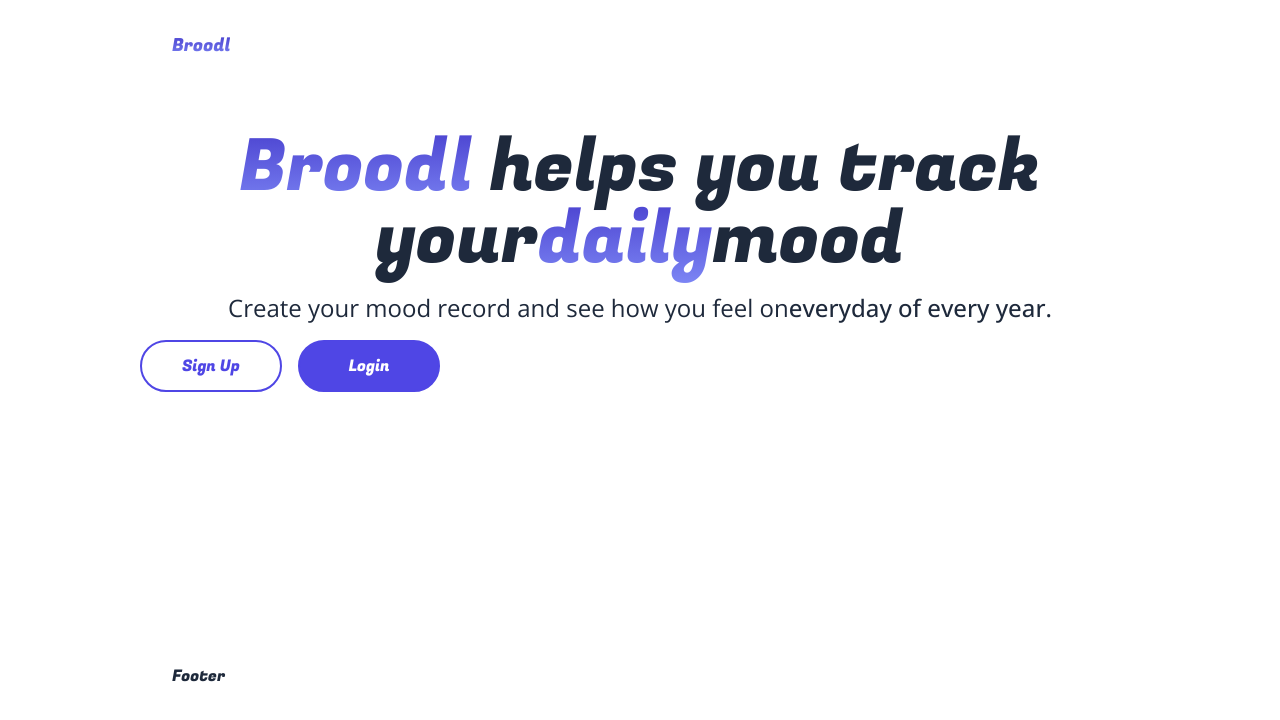
Repository: Nathan-spec/mood-app-next
Page: /
An editor plug-in stored every save of this project. The page is shown before and after the next save, followed by the edit.
The browser window is 1280 px wide. The pictures show the whole page.
The project was rebuilt for these pictures with package versions that can differ from the ones it lists, and the page was loaded fresh each time. The framework's server and built-in components were replaced by stand-ins that run in the browser. Also part of the build but not shown: next.config.mjs.

Above is the page before, as saved 2024-10-14 11:00:13.

### app/layout.js
import localFont from "next/font/local";
import { Fugaz_One, Open_Sans } from "next/font/google";
import "./globals.css";

const geistSans = localFont({
  src: "./fonts/GeistVF.woff",
  variable: "--font-geist-sans",
  weight: "100 900",
});
const geistMono = localFont({
  src: "./fonts/GeistMonoVF.woff",
  variable: "--font-geist-mono",
  weight: "100 900",
});

export const metadata = {
  title: "Broodl",
  description: "Track your daily mood everyday of the year",
};

const openSans = Open_Sans({ subsets:["latin"] });
const fugaz = Fugaz_One({ subsets: ["latin"], weight:['400'] });

export default function RootLayout({ children }) {

  const header = (
    <header className='p-4 sm:p-8 flex items-center justify-between gap-4'>
      <h1 className={'text-base sm:text-lg textGradient ' + fugaz.className}>Broodl</h1>
    </header>
  )

  const footer = (
    <footer className={'p-4 sm:p-8 ' + fugaz.className}>
        Footer
    </footer>
  )
  return (
    <html lang="en">
      <body
        className={`w-full, max-w-[1000px] mx-auto text-sm sm:text-base min-h-screen flex flex-col text-slate-800 ${openSans.className} antialiased`}
      >
        {header}
        {children}
        {footer}
      </body>
    </html>
  );
}

### app/page.js
import Hero from "@/components/Hero";
import Main from "@/components/main";

export default function HomePage() {
  return(
    <Main className="">
      <Hero/>

    </Main>
  )
}

### app/globals.css
@tailwind base;
@tailwind components;
@tailwind utilities;

.textGradient {
  background: -webkit-linear-gradient(#4338ca, #818cf8);
  -webkit-background-clip: text;
  -webkit-text-fill-color: transparent;
}

### components/Hero.js
import { Fugaz_One } from 'next/font/google';
import React from 'react'
import Button from './Button';

const fugaz = Fugaz_One({ subsets: ["latin"], weight: ['400']});

export default function Hero() {
  return (
    <div className='py-4 md:py-10 flex flex-col gap-4 sm:gap-4'>
        <h1
        className={'text-5xl sm:text-text-6xl md:text-7xl text-center ' + fugaz.className}>
            <span className='textGradient'>Broodl</span> helps you track your<span className='textGradient'>daily

            </span>mood</h1>
            <p className='text-lg sm:text-xl md:text-2xl text-center'>Create your mood record and see how you feel on
                <span className='font-medium'>everyday of every year.</span></p>
    <div className='grid grid-cols-2 gap-4 w-fit  '>
      <Button text="Sign Up"/>
      <Button text="Login" dark/>
    </div>
    </div>
  )
}

### components/main.js
import React from 'react'

export default function Main(props) {
    const { children } = props
  return (
        <main className='flex-1 flex flex-col'>
            {children}
        </main>
  )
}

### components/Button.js
import { Fugaz_One } from 'next/font/google';
import React from 'react'

const fugaz = Fugaz_One({ subsets: ["latin"], weight: ['400'] });

export default function Button(props) {
    const { text, dark, full, clickHandler } = props

    return (
        <button onClick={clickHandler} className={'rounded-full overflow-hidden duration-200 hover:opacity-60 border-2 border-solid border-indigo-600 ' + (dark ? ' text-white bg-indigo-600 ' : ' text-indigo-600 ') + (full ? ' grid place-items-center w-full ' : ' ')}>
            <p className={'px-6 sm:px-10 whitespace-nowrap py-2 sm:py-3 ' + fugaz.className}>{text}</p>
        </button>
    )
}

Loaded but not shown: tailwind.config.js (common file)

After the next save:
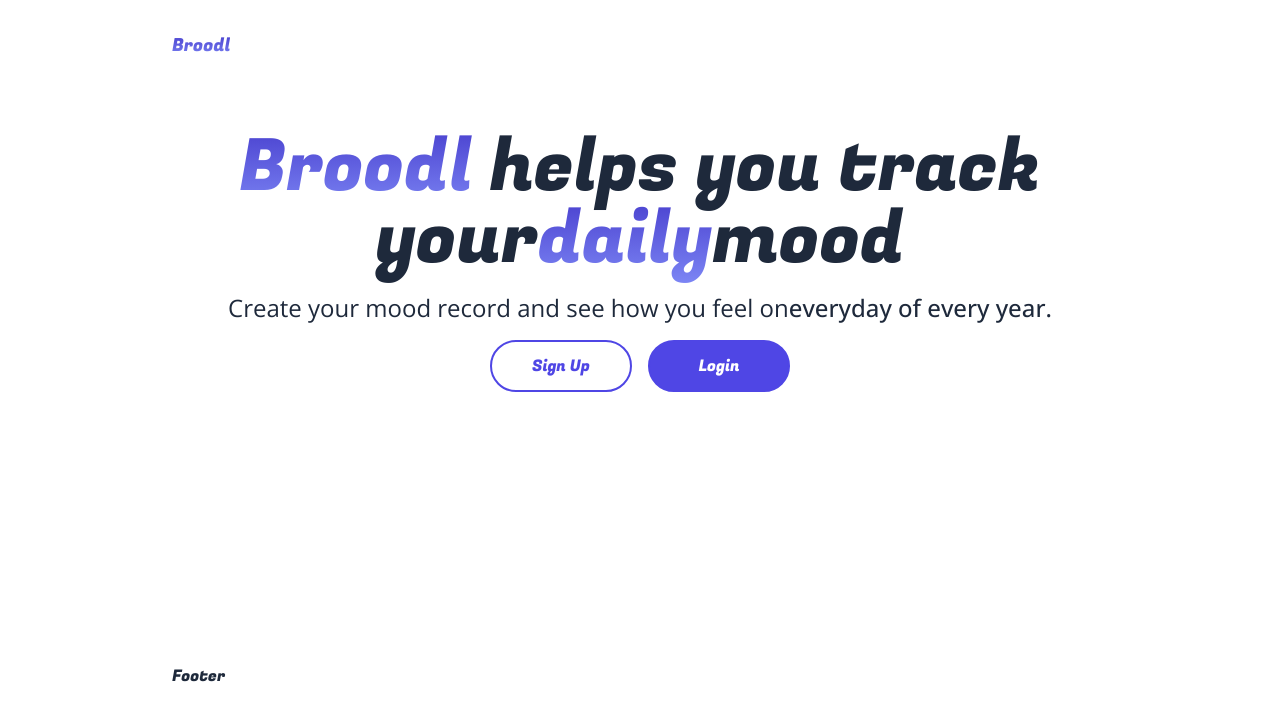
Saved 4 s later.
--- a/components/Hero.js
+++ b/components/Hero.js
@@ -14,7 +14,7 @@ export default function Hero() {
             </span>mood</h1>
             <p className='text-lg sm:text-xl md:text-2xl text-center'>Create your mood record and see how you feel on
                 <span className='font-medium'>everyday of every year.</span></p>
-    <div className='grid grid-cols-2 gap-4 w-fit  '>
+    <div className='grid grid-cols-2 gap-4 w-fit mx-auto'>
       <Button text="Sign Up"/>
       <Button text="Login" dark/>
     </div>
